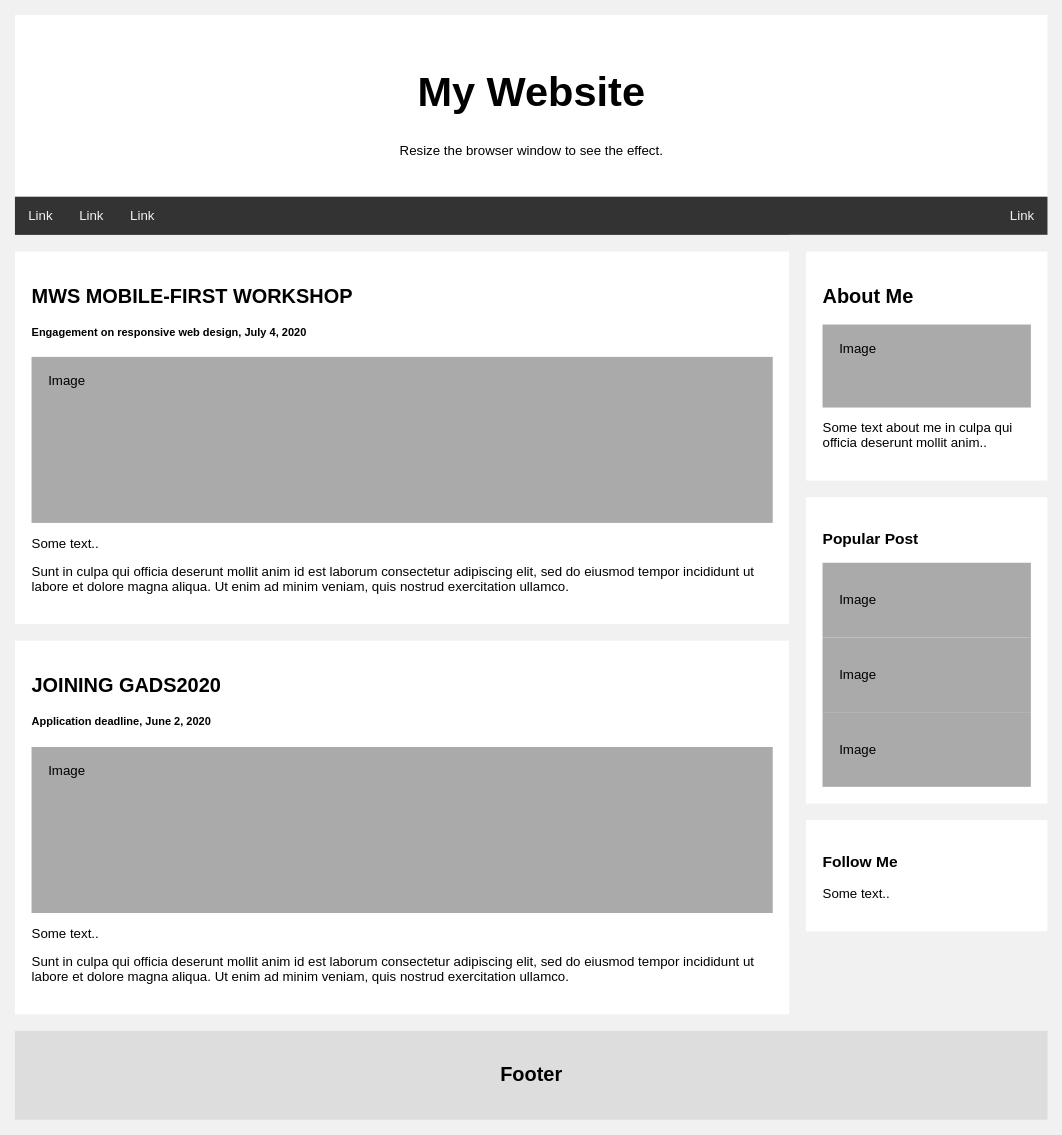
Repository: bjnabs/mws-workshop01
Page: index.html
The author's editor kept a copy of each file at every save. The page is drawn from the files as they stood at one save, then again after the next save.
The browser window is 1280 px wide. The pictures show the whole page, at 83% of full size.

Above is the page before, as saved 2020-07-04 10:23:10.

### index.html
<!DOCTYPE html>
<html lang="en">
<header>
        <meta http-equiv="Content-Type" content="text/html; charset=utf-8" />
        <title>MWS Responsive Web Design</title>
        <link href="http://fonts.googleapis.com/css?family=Source+Sans+Pro:200,300,400,600,700,900|Varela+Round" rel="stylesheet" />
        <link href="css/mobile-first.css" rel="stylesheet" />
</header>
<body>


    <div class="header">
        <h1>My Website</h1>
        <p>Resize the browser window to see the effect.</p>
      </div>

      <div class="topnav">
        <a href="#">Link</a>
        <a href="#">Link</a>
        <a href="#">Link</a>
        <a href="#" style="float:right">Link</a>
      </div>

      <div class="row">
        <div class="leftcolumn">
          <div class="card">
            <h2>MWS MOBILE-FIRST WORKSHOP</h2>
            <h5>Engagement on responsive web design, July 4, 2020</h5>
            <div class="fakeimg" style="height:200px;">Image</div>
            <p>Some text..</p>
            <p>Sunt in culpa qui officia deserunt mollit anim id est laborum consectetur adipiscing elit, sed do eiusmod tempor incididunt ut labore et dolore magna aliqua. Ut enim ad minim veniam, quis nostrud exercitation ullamco.</p>
          </div>
          <div class="card">
            <h2>JOINING GADS2020</h2>
            <h5>Application deadline, June 2, 2020</h5>
            <div class="fakeimg" style="height:200px;">Image</div>
            <p>Some text..</p>
            <p>Sunt in culpa qui officia deserunt mollit anim id est laborum consectetur adipiscing elit, sed do eiusmod tempor incididunt ut labore et dolore magna aliqua. Ut enim ad minim veniam, quis nostrud exercitation ullamco.</p>
          </div>
        </div>
        <aside class="rightcolumn">
          <div class="card">
            <h2>About Me</h2>
            <div class="fakeimg" style="height:100px;">Image</div>
            <p>Some text about me in culpa qui officia deserunt mollit anim..</p>
          </div>
          <div class="card">
            <h3>Popular Post</h3>
            <div class="fakeimg"><p>Image</p></div>
            <div class="fakeimg"><p>Image</p></div>
            <div class="fakeimg"><p>Image</p></div>
          </div>
          <div class="card">
            <h3>Follow Me</h3>
            <p>Some text..</p>
          </div>
        </aside>
      </div>

      <footer class="footer">
        <h2>Footer</h2>
      </footer>
</body>
</html>

### css/mobile-first.css

* {
  box-sizing: border-box;
}

body {
  font-family: Arial;
  padding: 10px;
  background: #f1f1f1;
}

/* Header/Blog Title */
.header {
  padding: 30px;
  text-align: center;
  background: white;
}

.header h1 {
  font-size: 50px;
}

/* Style the top navigation bar */
.topnav {
  overflow: hidden;
  background-color: #333;
}

/* Style the topnav links */
.topnav a {
  float: left;
  display: block;
  color: #f2f2f2;
  text-align: center;
  padding: 14px 16px;
  text-decoration: none;
}

/* Change color on hover */
.topnav a:hover {
  background-color: #ddd;
  color: black;
}

/* Create two unequal columns that floats next to each other */
/* Left column */
.leftcolumn {
  float: left;
  width: 75%;
}

/* Right column */
.rightcolumn {
  float: left;
  width: 25%;
  background-color: #f1f1f1;
  padding-left: 20px;
}

/* Fake image */
.fakeimg {
  background-color: #aaa;
  width: 100%;
  padding: 20px;
}

/* Add a card effect for articles */
.card {
  background-color: white;
  padding: 20px;
  margin-top: 20px;
}

/* Clear floats after the columns */
.row:after {
  content: "";
  display: table;
  clear: both;
}

/* Footer */
.footer {
  padding: 20px;
  text-align: center;
  background: #ddd;
  margin-top: 20px;
}

/* Responsive layout - when the screen is less than 800px wide, make the two columns stack on top of each other instead of next to each other */
@media screen and (max-width: 800px) {
  .leftcolumn, .rightcolumn {
    width: 100%;
    padding: 0;
  }
}

/* Responsive layout - when the screen is less than 400px wide, make the navigation links stack on top of each other instead of next to each other */
@media screen and (max-width: 400px) {
  .topnav a {
    float: none;
    width: 100%;
  }
}
}

After the next save:
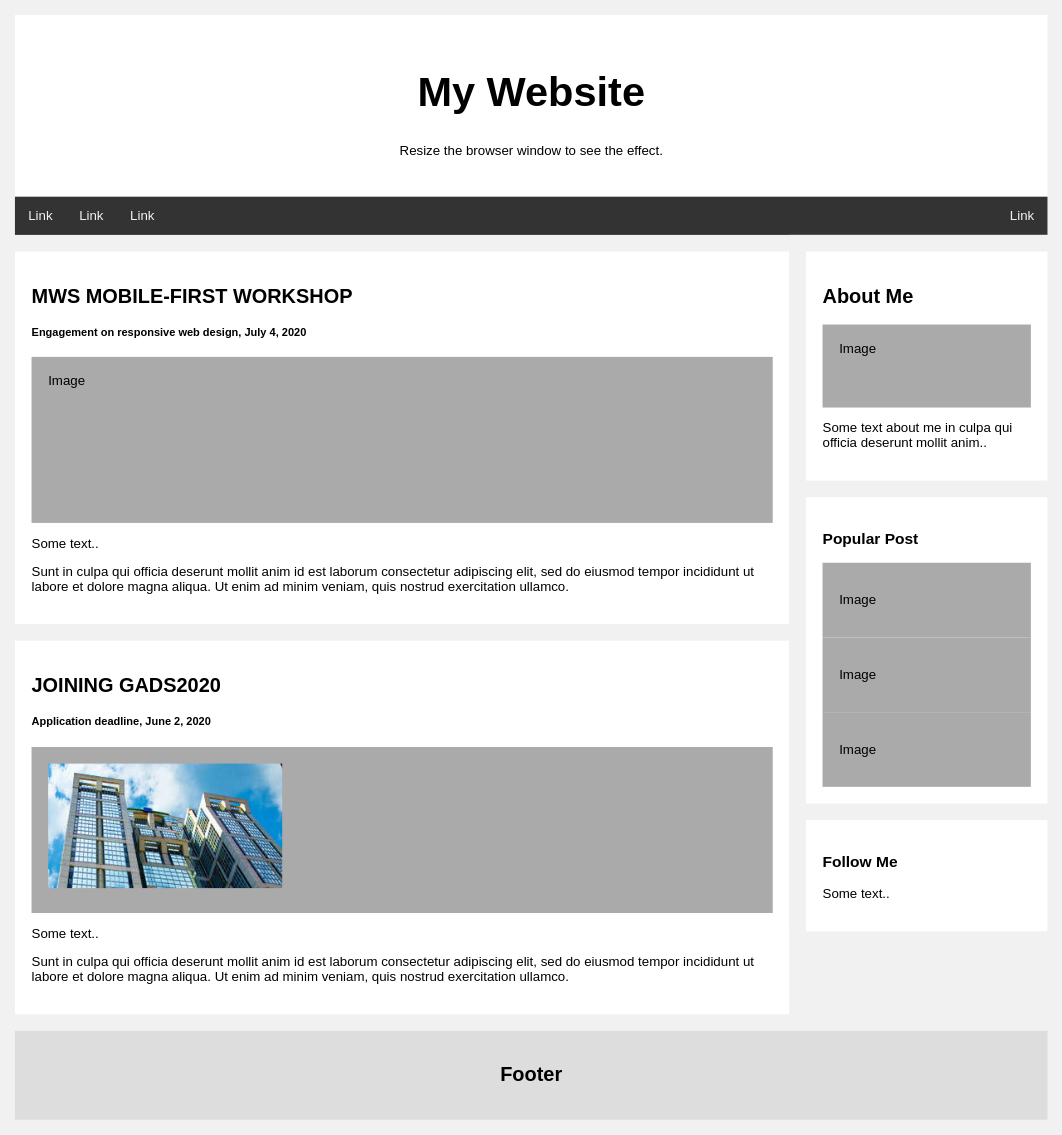
Saved 81 s later.
--- a/index.html
+++ b/index.html
@@ -33,7 +33,9 @@
           <div class="card">
             <h2>JOINING GADS2020</h2>
             <h5>Application deadline, June 2, 2020</h5>
-            <div class="fakeimg" style="height:200px;">Image</div>
+            <div class="fakeimg" style="height:200px;">
+                <img src="/images/pic02.jpg">
+            </div>
             <p>Some text..</p>
             <p>Sunt in culpa qui officia deserunt mollit anim id est laborum consectetur adipiscing elit, sed do eiusmod tempor incididunt ut labore et dolore magna aliqua. Ut enim ad minim veniam, quis nostrud exercitation ullamco.</p>
           </div>
